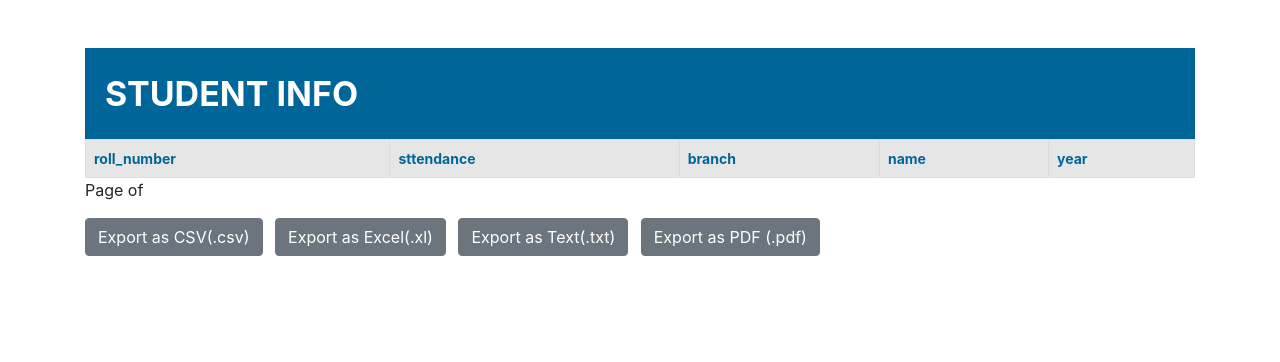
Repository: supranshu/CrystalReportGenerator
Page: http://localhost/produce_report
The author's editor kept a copy of each file at every save. The page is drawn from the files as they stood at one save, then again after the next save.
The browser window is 1280 px wide. The pictures show the whole page.
The page is this project's Thymeleaf template; nobody is signed in. The template is opened directly, without the code that normally fills it, so the values that code supplies are empty.

Above is the page before, as saved 2023-08-03 17:39:57.

After the next save:
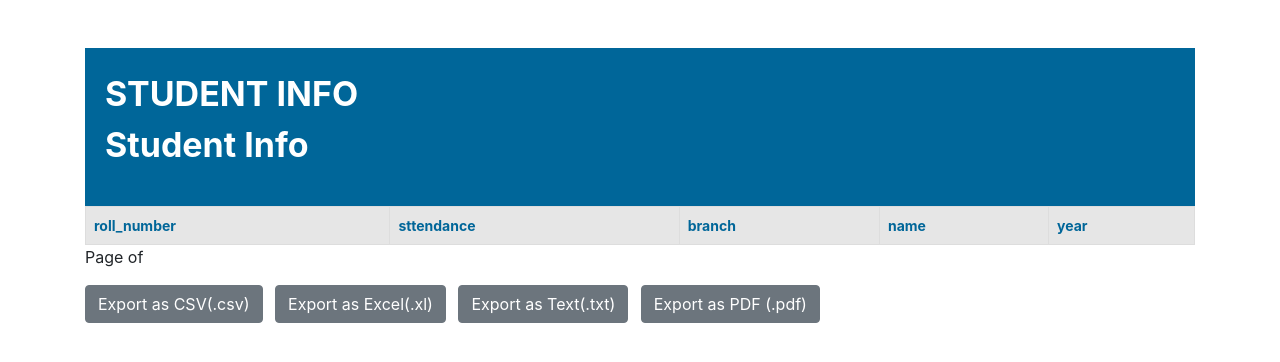
Saved 31 s later.
--- a/com.report/src/main/resources/templates/produce_report.html
+++ b/com.report/src/main/resources/templates/produce_report.html
@@ -46,6 +46,7 @@
     <div class="container mt-5">
         <div class="page-header">
 	        STUDENT INFO
+	        <p>Student Info</p>
 	    </div>
 
 		    <table>
